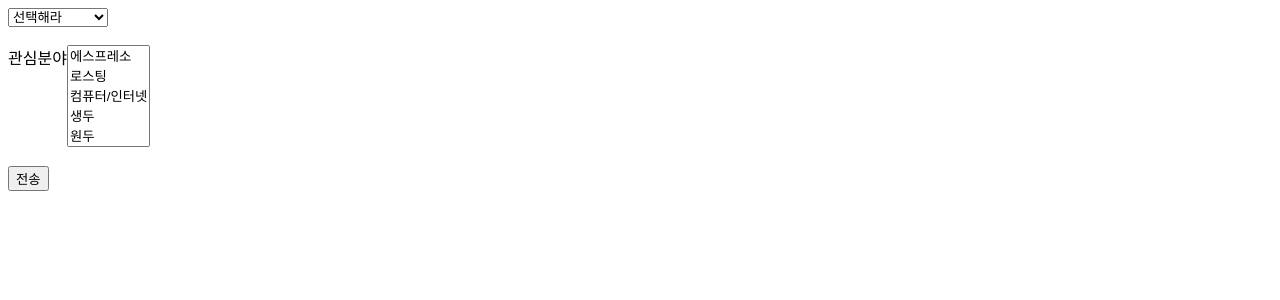
Repository: itrecipe/Web_ez
Page: http://localhost/jspCh02/10_select.jsp
An editor plug-in stored every save of this project. The page is shown before and after the next save, followed by the edit.
The browser window is 1280 px wide. The pictures show the whole page.
The page is served by Tomcat 9. Other server files are loaded and not shown.

Above is the page before, as saved 2023-03-28 02:39:01.

### jspCh02/src/main/webapp/10_select.jsp
<%@ page language="java" contentType="text/html; charset=UTF-8"
    pageEncoding="UTF-8"%>
<!DOCTYPE html>
<html>
<head>
<meta charset="UTF-8">
<title>10_select</title>
</head>
<body>
<form method="get" action="ss">
	<span style="float left; margin-right: 20px">
	<label for="job" name="job" size="1"></label>
		<select id="job" name="job" size="1">
			<option value="">선택해라</option>
			<option value="학생">학생</option>
			<option value="컴퓨터/인터넷">컴퓨터/인터넷</option>
			<option value="언론">언론</option>
			<option value="공무원">공무원</option>
			<option value="군인">군인</option>
			<option value="서비스업">서비스업</option>
			<option value="교육">교육</option>
		</select>
	<br/><br/>
	<label for="interest" style="float: left;">관심분야</label>
		<select id="interest" name="interest" size="5" multiple="multiple">
			<option value="에스프레소">에스프레소</option>
			<option value="로스팅">로스팅</option>
			<option value="컴퓨터/인터넷">컴퓨터/인터넷</option>
			<option value="생두">생두</option>
			<option value="원두">원두</option>
			<option value="핸드크림">핸드크림</option>
		</select>
		<br/><br/>
		<input type="submit" value="전송"/>

	</span>
</form>
</body>
</html>

After the next save:
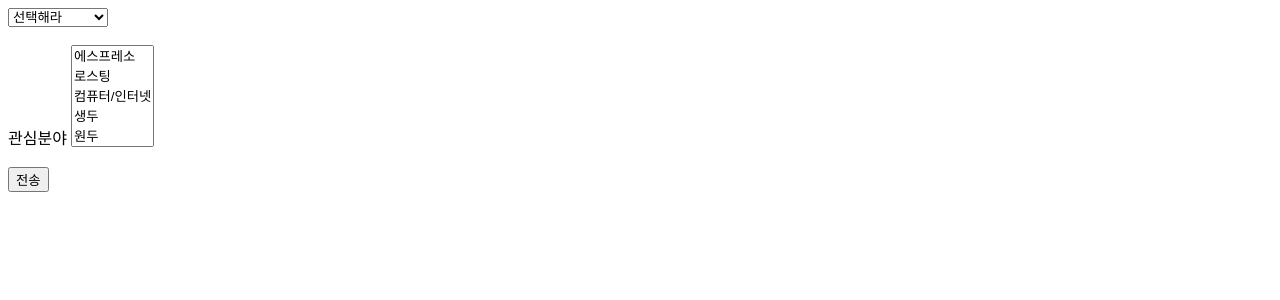
Saved 10 s later.
--- a/jspCh02/src/main/webapp/10_select.jsp
+++ b/jspCh02/src/main/webapp/10_select.jsp
@@ -21,7 +21,7 @@
 			<option value="교육">교육</option>
 		</select>
 	<br/><br/>
-	<label for="interest" style="float: left;">관심분야</label>
+	<label for="interest">관심분야</label>
 		<select id="interest" name="interest" size="5" multiple="multiple">
 			<option value="에스프레소">에스프레소</option>
 			<option value="로스팅">로스팅</option>

After the save that followed:
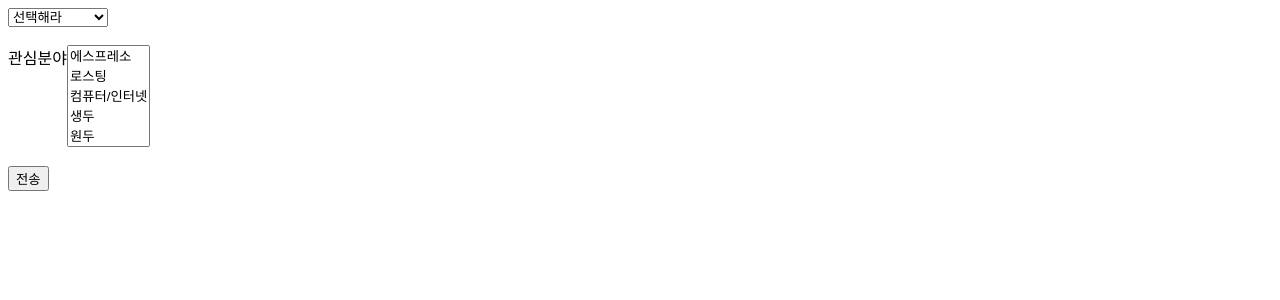
Saved 4 s later.
--- a/jspCh02/src/main/webapp/10_select.jsp
+++ b/jspCh02/src/main/webapp/10_select.jsp
@@ -21,7 +21,7 @@
 			<option value="교육">교육</option>
 		</select>
 	<br/><br/>
-	<label for="interest">관심분야</label>
+	<label for="interest" style="float: left;">관심분야</label>
 		<select id="interest" name="interest" size="5" multiple="multiple">
 			<option value="에스프레소">에스프레소</option>
 			<option value="로스팅">로스팅</option>
